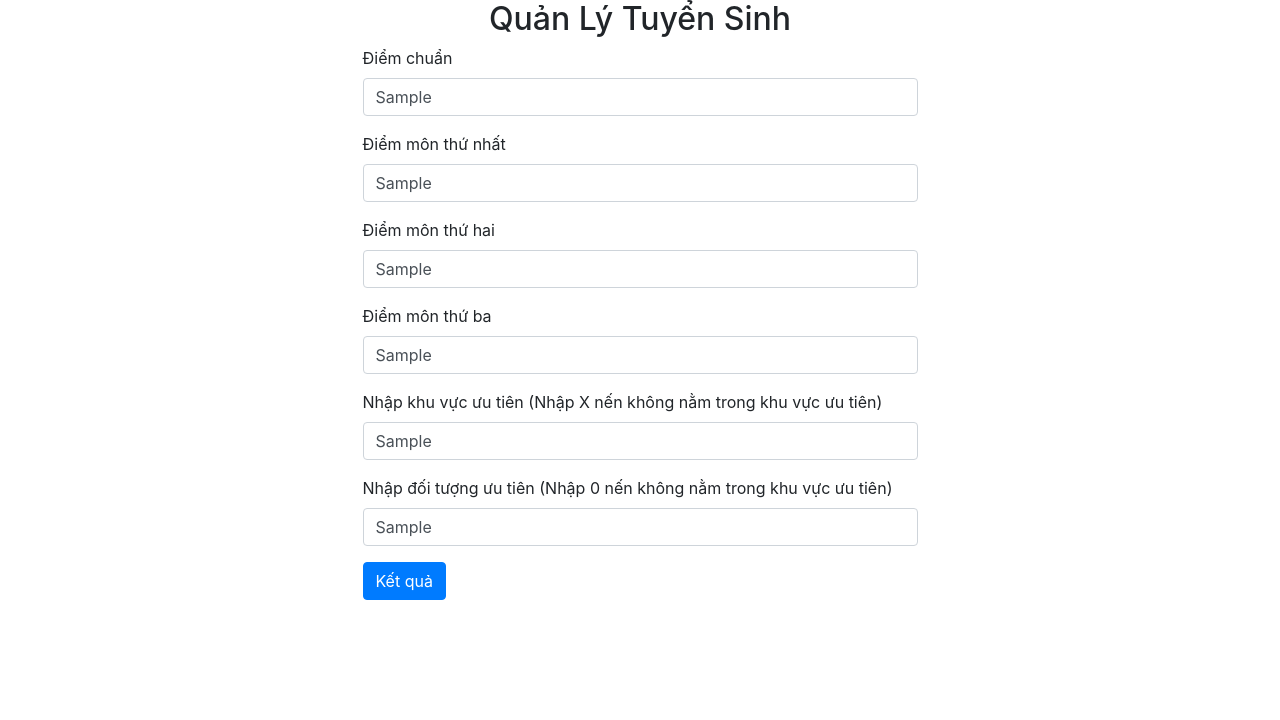
Repository: dovanthao2404/BC14_BaiTap_JS_Buoi_5_dovanthao
Page: html/bai1.html
An editor plug-in stored every save of this project. The page is shown before and after the next save, followed by the edit.
The browser window is 1280 px wide. The pictures show the whole page.
Empty fields were first filled with sample values (such as "Sample", 5 or name@example.com).
After loading, the first visible `#btnResult` was clicked once.

Above is the page before, as saved 2021-07-04 13:48:18.
Console error: TypeError: Cannot read properties of null (reading 'value')

After the next save:
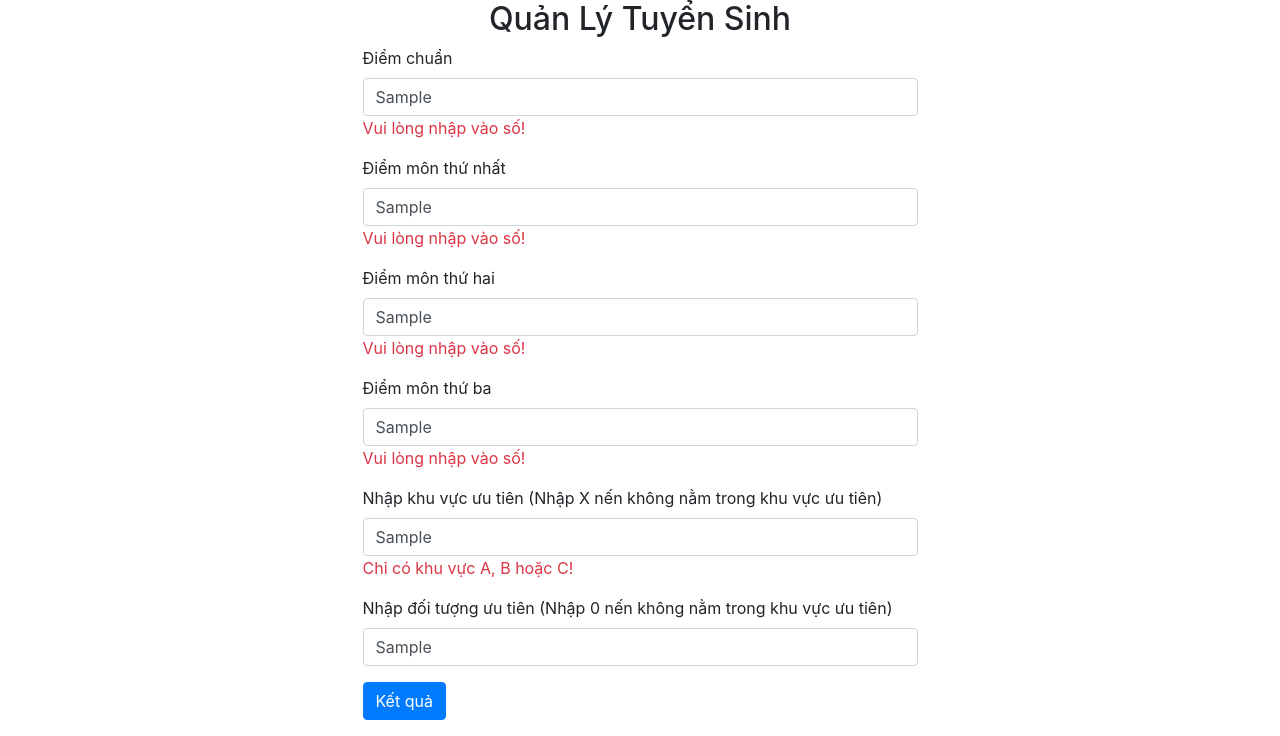
The error is gone.
Saved 73 s later.
--- a/js/bai1.js
+++ b/js/bai1.js
@@ -83,7 +83,7 @@ function checkValueScores(idCheck, idNotification, indexNotification, max) {
 function checkValid() {
   var check = checkEntry("benchmark", "notificationBenchmark", 12);
   if (check) {
-    check = isNumber("sbenchmark", "notificationBenchmark", 8);
+    check = isNumber("benchmark", "notificationBenchmark", 8);
     if (check) {
       check = checkValueScores("benchmark", "notificationBenchmark", 12, 40);
     }
